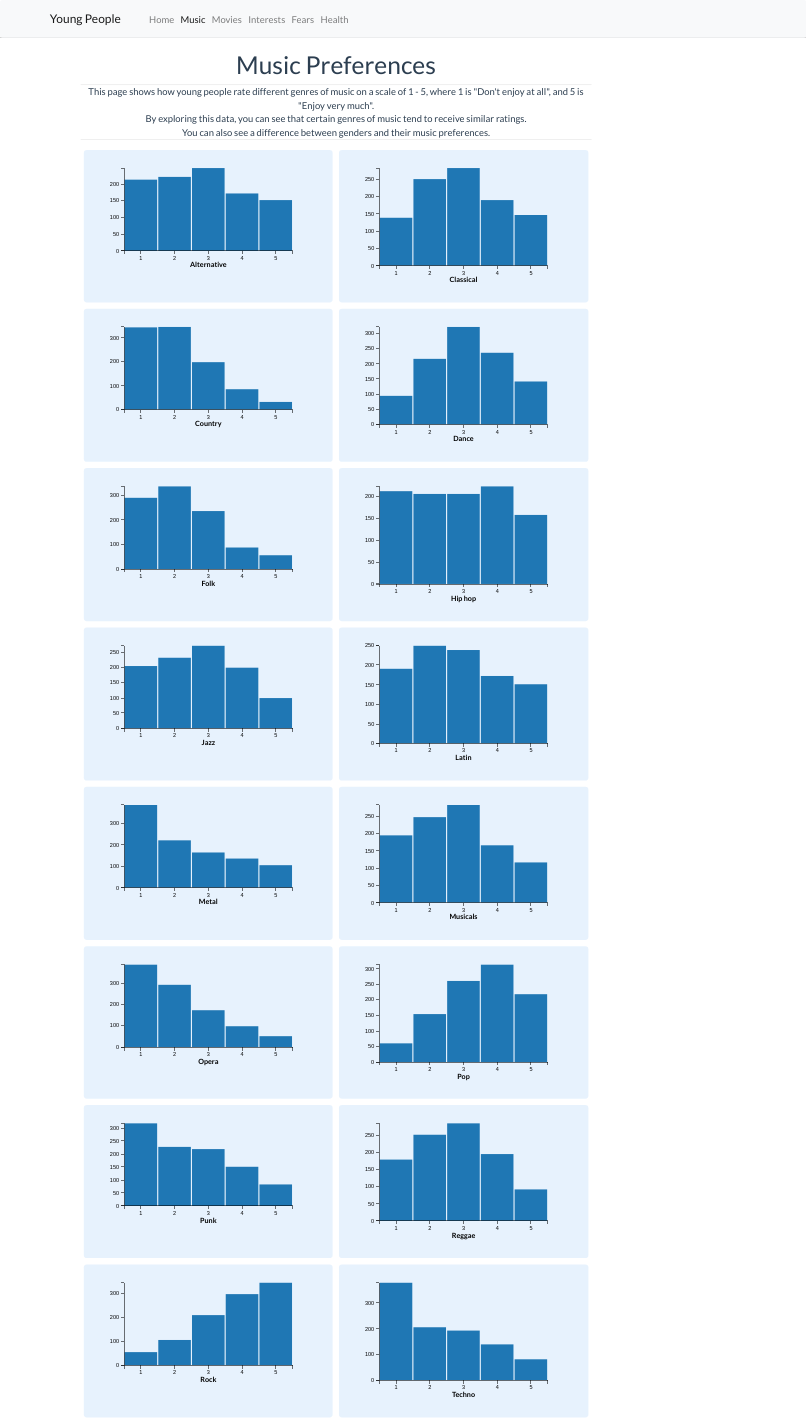
Repository: BrendanMolloy/milestone2
Page: music.html
The author's editor kept a record of every edit. The page is drawn from the files as they stood at one moment, then again after the next edit.
The browser window is 1280 px wide. The pictures show the whole page, at 63% of full size.
Some web libraries are served in a nearby version.

Above is the page before.

After the next edit:
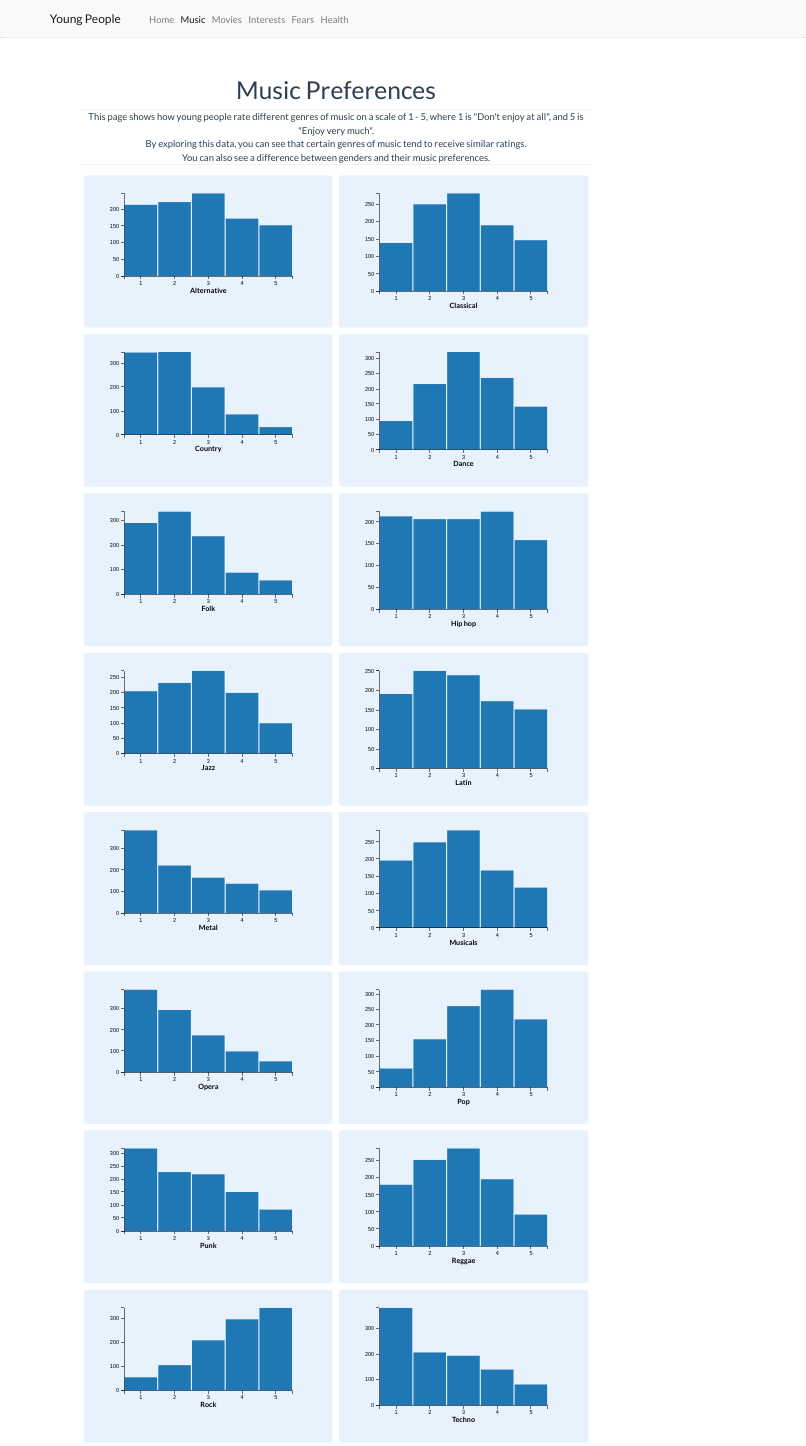
The edit:
--- a/music.html
+++ b/music.html
@@ -64,7 +64,7 @@
         <div id="city-village" class="side-graphs"></div>
         <div id="handedness" class="side-graphs"></div>
       </div> -->
-      <div class="container">
+      <div class="container dropdowns">
         <div class="row">
           <div class="age-filter"></div>
           <div class="gender-filter"></div>
